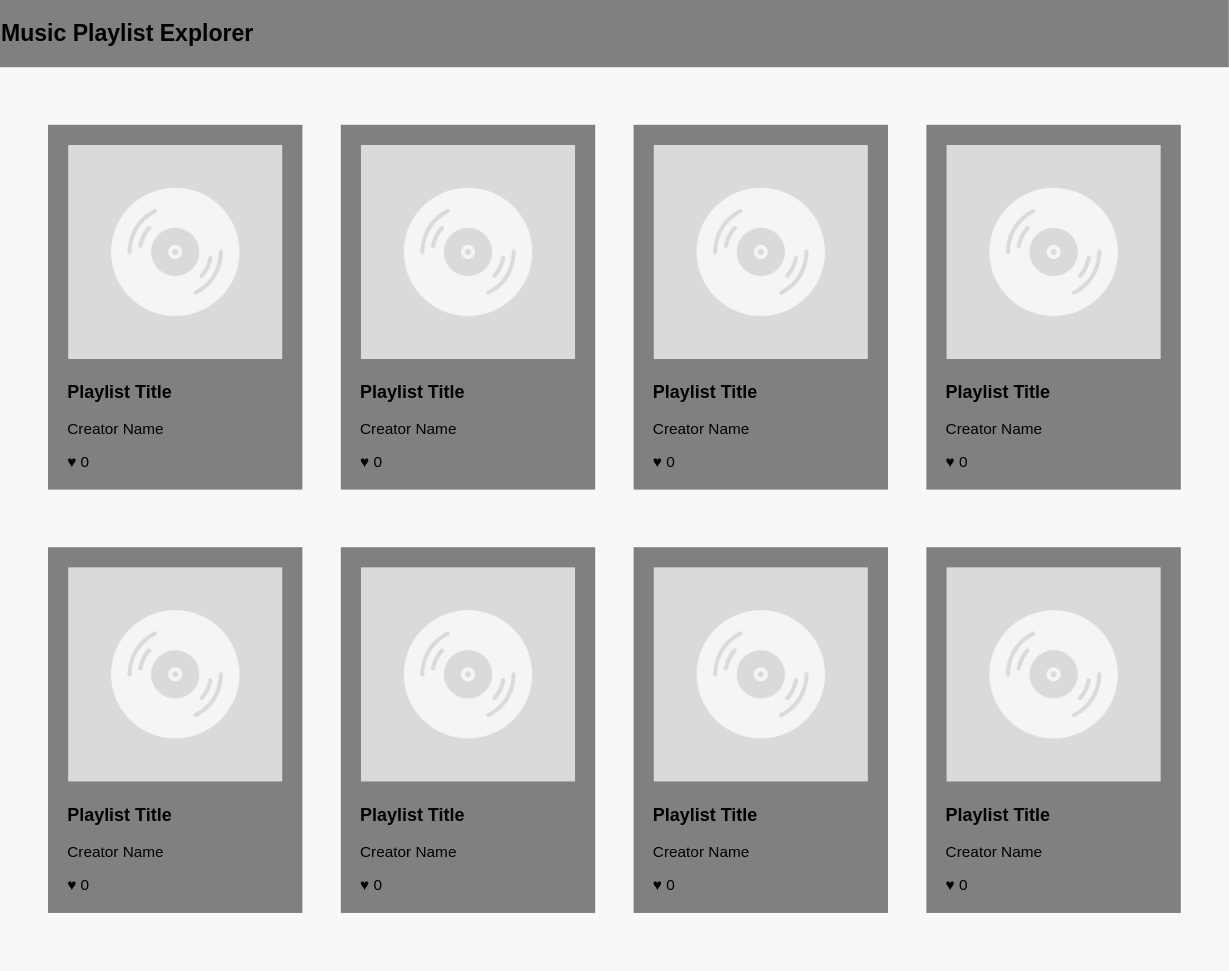
Repository: valentinaarojas/music-player-explorer
Page: index.html
These files come from the project's save history. The page is drawn as it stood at one moment and after a run of saves; the edit follows.
The browser window is 1280 px wide. The pictures show the whole page, at 96% of full size.

Above is the page before, as saved 2025-02-18 18:44:20.
Console error: SyntaxError: Unexpected token '{'

After the next 2 saves:
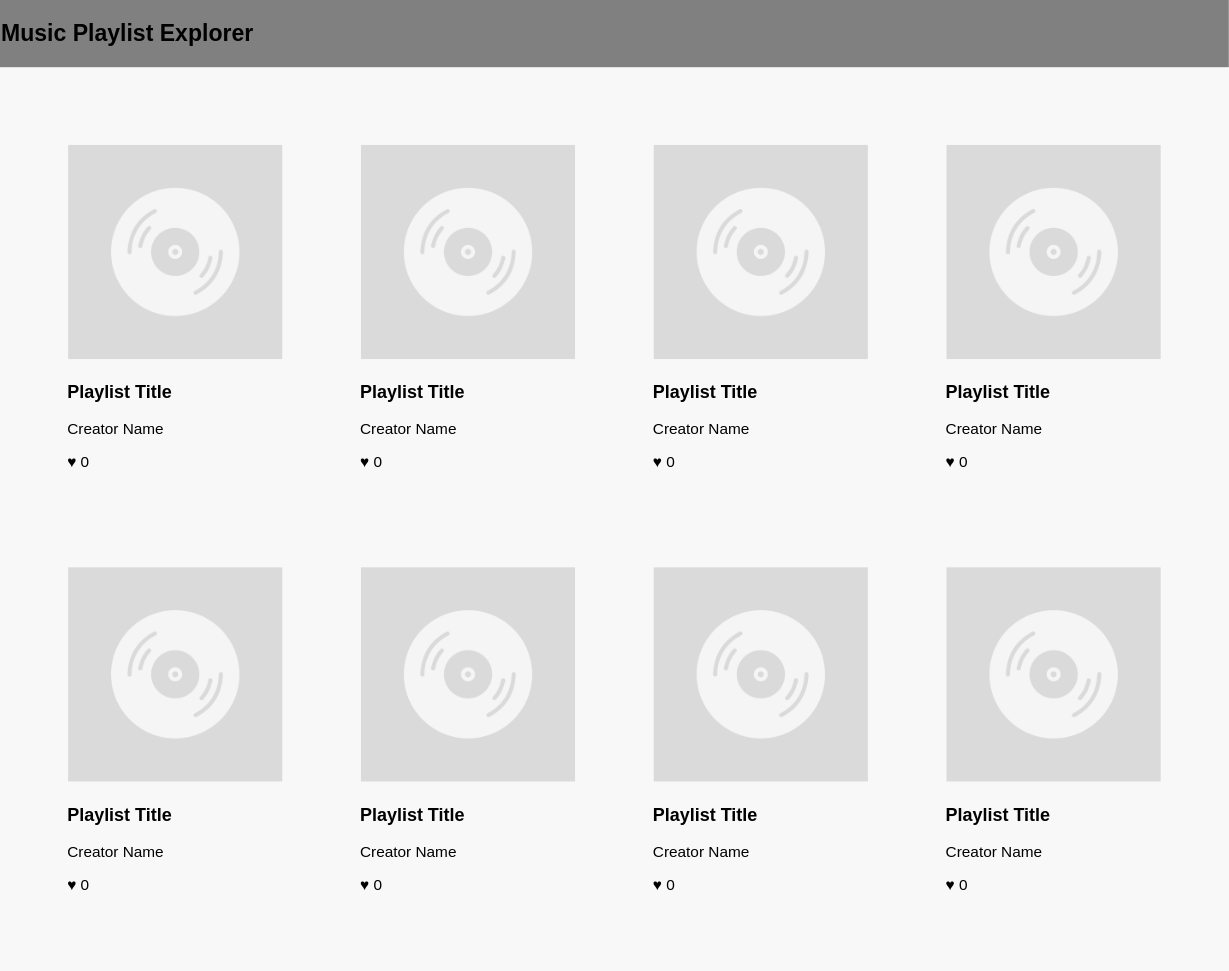
The 2 saves are shown as one change because they came seconds apart.
The last was saved 24 s later.
--- a/style.css
+++ b/style.css
@@ -19,6 +19,7 @@
 .playlist-card {
     padding: 20px;
     margin: 30px 20px;
+    border
     background-color: grey;
 }
 

After the save that followed:
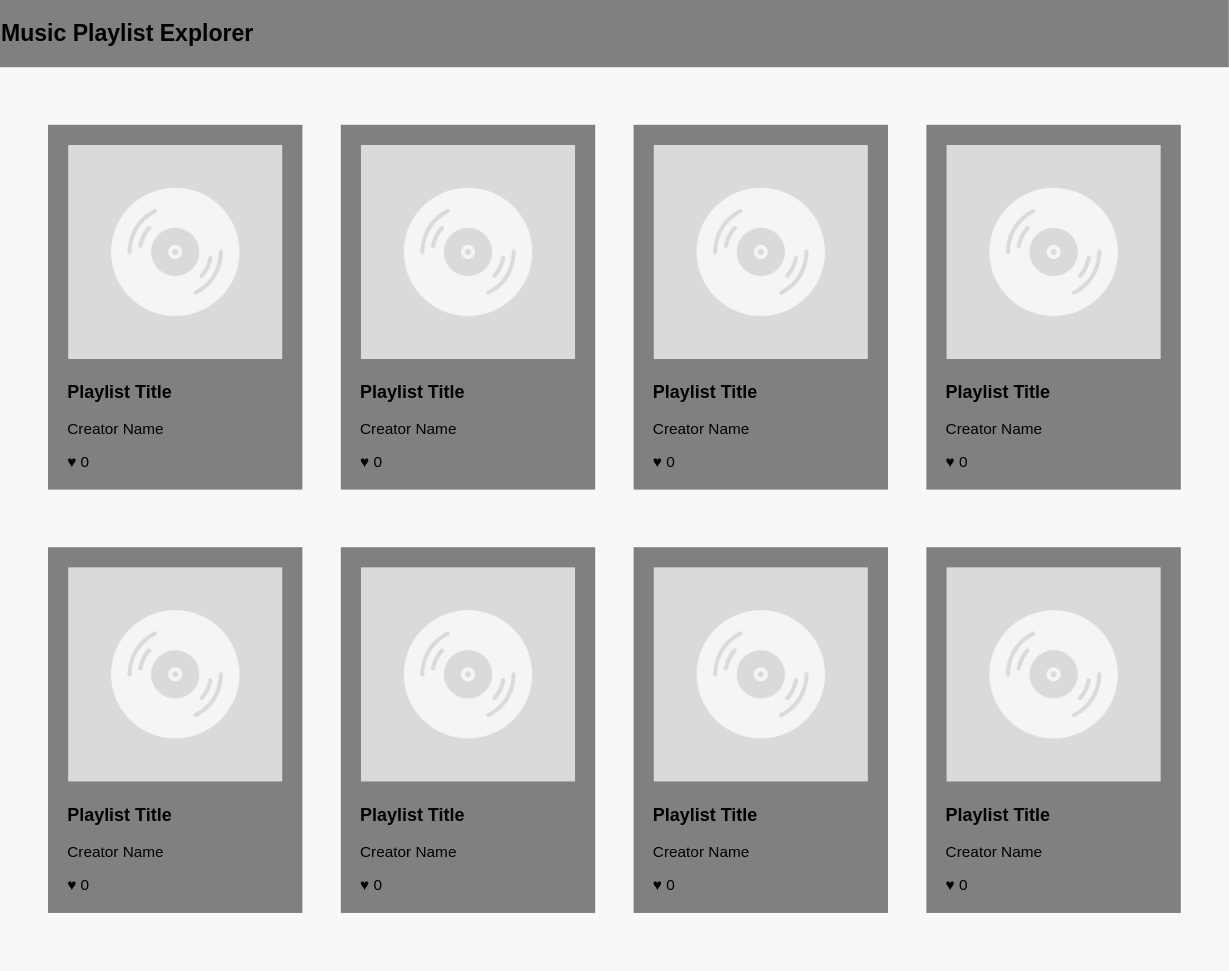
Saved 7 s later.
--- a/style.css
+++ b/style.css
@@ -19,7 +19,7 @@
 .playlist-card {
     padding: 20px;
     margin: 30px 20px;
-    border
+    border-width: ;
     background-color: grey;
 }
 
